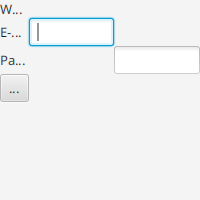
Repository: angelalvess/java-fx
Program's window: java javafx/src/fxml/AppFXML.java
These files come from the project's save history. The program's window is drawn as it stood at one moment and after the next save; the edit follows.
It runs on Java 21 on a 1366 x 768 screen with JavaFX 11; the title bar is not drawn.

Above is the program's window before, as saved 2025-02-03 15:07:57.

### javafx/src/fxml/AppFXML.java
package fxml;

import java.net.URL;

import javafx.application.Application;
import javafx.fxml.FXMLLoader;
import javafx.scene.Scene;
import javafx.scene.layout.GridPane;
import javafx.stage.Stage;

public class AppFXML extends Application {

	@Override
	public void start(Stage primaryStage) throws Exception {
		URL fileFXML = getClass().getResource("/fxml/Login.fxml");
		GridPane raiz = FXMLLoader.load(fileFXML);

		Scene sceneOne= new Scene(raiz, 200,200);

		primaryStage.setResizable(false);

		primaryStage.setScene(sceneOne);
		primaryStage.show();
	}

	public static void main(String[] args) {
		launch(args);
	}
}

### javafx/src/fxml/Login.fxml
<?xml version="1.0" encoding="UTF-8"?>

<?import javafx.scene.layout.*?>
<?import javafx.scene.control.*?>

<GridPane xmlns:fx="http://javafx.com/fxml/1">

	<Label text="Welcome"
	 GridPane.columnIndex="0" GridPane.rowIndex="0"
	 ></Label>

	<Label text="E-mail: "  GridPane.columnIndex="0" GridPane.rowIndex="1" ></Label>
	<TextField  GridPane.columnIndex="1" GridPane.rowIndex="1"></TextField>


	<Label text="Password: "  GridPane.columnIndex="0" GridPane.rowIndex="2" ></Label>
		<PasswordField GridPane.columnIndex="2" GridPane.rowIndex="2"></PasswordField>
	<Button text="Sign In"  GridPane.columnIndex="0" GridPane.rowIndex="3" ></Button>
</GridPane>

After the next save:
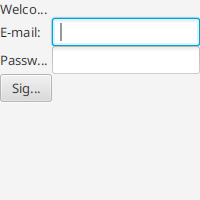
Saved 22 s later.
--- a/javafx/src/fxml/Login.fxml
+++ b/javafx/src/fxml/Login.fxml
@@ -14,6 +14,6 @@
 
 
 	<Label text="Password: "  GridPane.columnIndex="0" GridPane.rowIndex="2" ></Label>
-		<PasswordField GridPane.columnIndex="2" GridPane.rowIndex="2"></PasswordField>
+		<PasswordField GridPane.columnIndex="1" GridPane.rowIndex="2"></PasswordField>
 	<Button text="Sign In"  GridPane.columnIndex="0" GridPane.rowIndex="3" ></Button>
 </GridPane>
